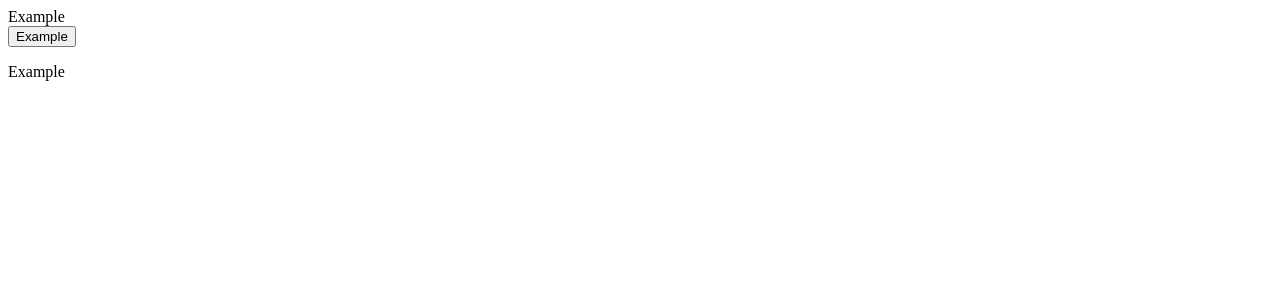
Repository: Folody-Team/Patery-UI
Page: example/index.html
These files come from the project's save history. The page is drawn as it stood at one moment and after the next save; the edit follows.
The browser window is 1280 px wide. The pictures show the whole page.

Above is the page before, as saved 2022-01-17 11:01:45.

After the next save:
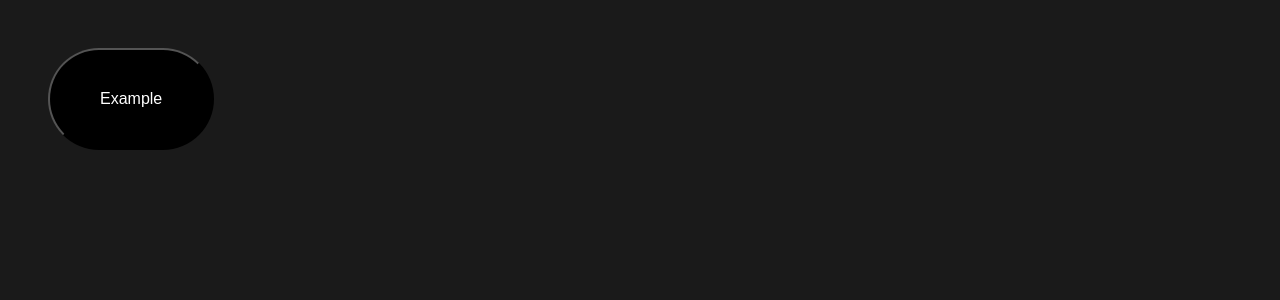
Saved 5 s later.
--- a/example/index.html
+++ b/example/index.html
@@ -5,12 +5,17 @@
     <meta http-equiv="X-UA-Compatible" content="IE=edge">
     <meta name="viewport" content="width=device-width, initial-scale=1.0">
     <title>Example</title>
+    <link rel="stylesheet" href="../patery-ui.css">
+    <style>
+        body{
+            background-color: var(--gray);
+        }
+    </style>
 </head>
 <body>
-    <div padV="30px" padH="20px">Example</div>
-    <button padV="30px" padH="20px">Example</button>
-    <p padV="30px" padH="20px">Example</p>
-    <!-- ..... more -->
-    <script src="https://cdn.jsdelivr.net/gh/Folody-Team/Patery-UI@1.0.1/patery.js"></script>
+    <PateryPadding class="test" padV="40px" padH="40px">
+        <button padV="40px" padH="50px">Example</button>
+    </PateryPadding>
+   <script src="../patery.js"></script>
 </body>
 </html>
